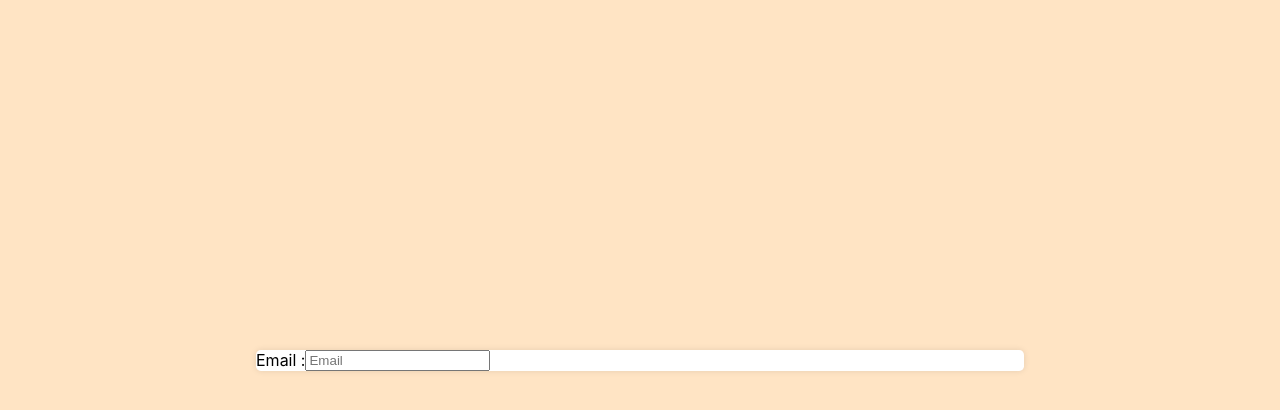
Repository: drumsmanku/test-1
Page: / (app in client/)
These files come from the project's save history. The page is drawn as it stood at one moment and after the next save; the edit follows.
The browser window is 1280 px wide. The pictures show the whole page.
The project was rebuilt for these pictures with package versions that can differ from the ones it lists, and the page was loaded fresh each time. Also part of the build but not shown: client/src/App.css.

Above is the page before, as saved 2023-08-31 09:39:04.

After the next save:
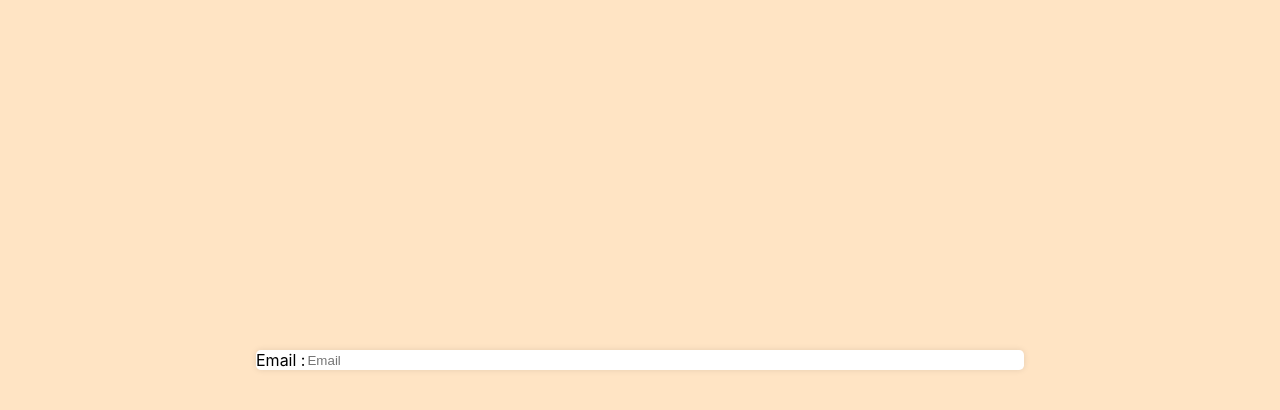
Saved 89 s later.
--- a/client/src/Components/Login/Login.js
+++ b/client/src/Components/Login/Login.js
@@ -7,7 +7,7 @@ function Login() {
 
       <div className={styles.loginContainer}>
         <label htmlFor="email">Email :</label>
-        <input type="email" name='email'   placeholder='Email' />
+        <input type="email" name='email'   placeholder='Email' style={{width:'70%', borderBottom:'black', borderRight:'none', borderLeft:'none', borderTop:'none'}} />
 
       </div>
     </div>
